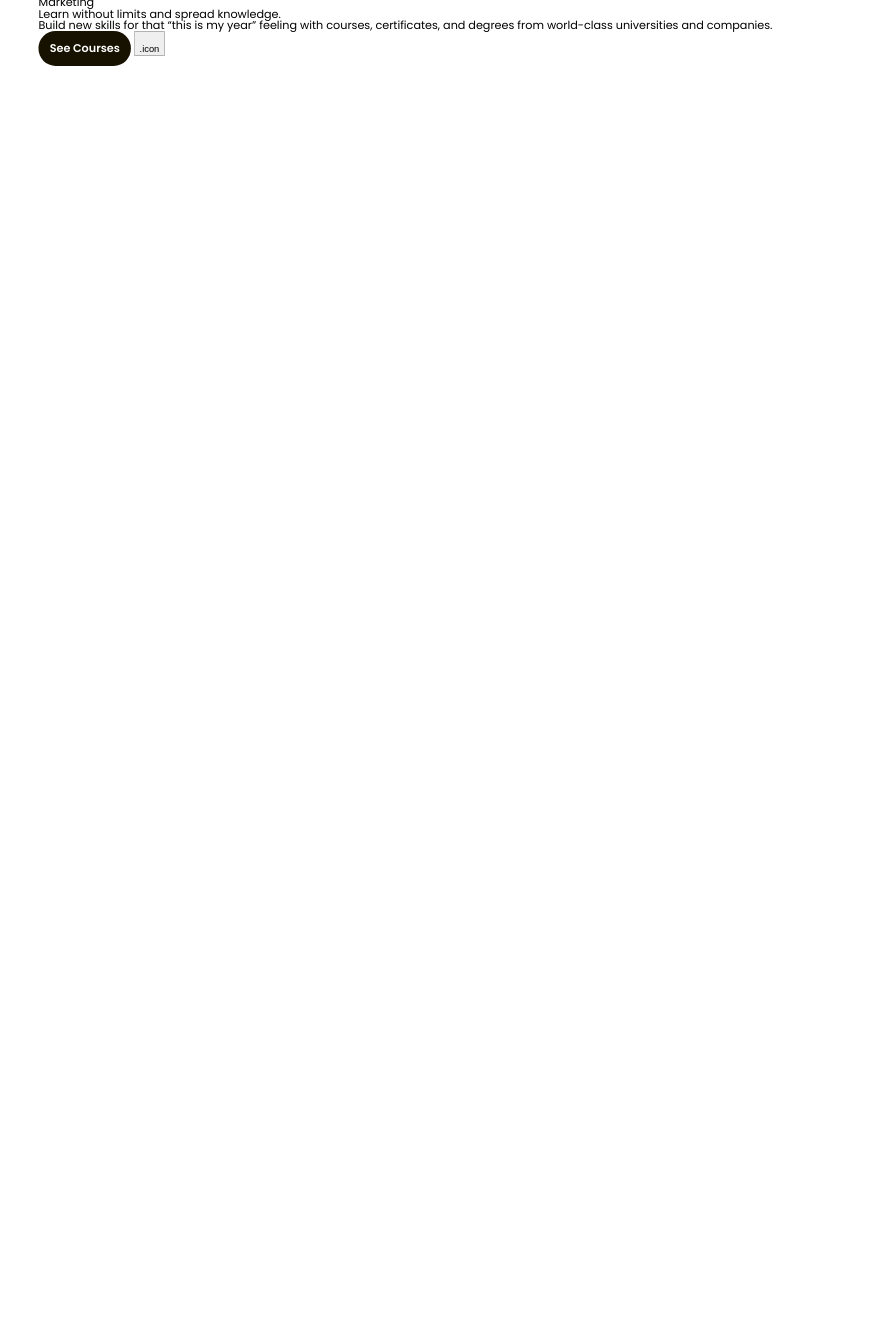
Repository: vancong171001/f8-html-css-02
Page: index.html
The author's editor kept a copy of each file at every save. The page is drawn from the files as they stood at one save, then again after the next save.
The browser window is 1280 px wide. The pictures show the part of the page from y = 1223 to 3123 px (the page is 5000 px tall), at 70% of full size.
A picture or video elsewhere on the page could not be fetched, so the positions and the page height are approximate.

Above is the page before, as saved 2025-03-06 13:09:29.

### index.html
<!DOCTYPE html>
<html lang="en">
  <head>
    <meta charset="UTF-8" />
    <meta name="viewport" content="width=device-width, initial-scale=1.0" />
    <title>F8 Project 02</title>
    <!-- Reset CSS -->
    <link rel="stylesheet" href="./assets/css/reset.css" />

    <!-- Embed fonts -->
    <link rel="preconnect" href="https://fonts.googleapis.com" />
    <link rel="preconnect" href="https://fonts.gstatic.com" crossorigin />
    <link
      href="https://fonts.googleapis.com/css2?family=Poppins:ital,wght@0,400;0,500;0,600;0,700;1,400&family=Sen:wght@700&display=swap"
      rel="stylesheet"
    />

    <!-- Style CSS -->
    <link rel="stylesheet" href="assets/css/style.css" />
  </head>
  <body>
    <main style="height: 5000px">
      <!-- Header -->
      <header class="header fixed">
        <div class="main-content">
          <div class="body">
            <!-- Logo -->
            <img src="./assets/img/logo.svg" alt="Lesson" class="logo" />

            <!-- Nav -->
            <nav class="nav">
              <ul>
                <li class="active">
                  <a href="#!">Home</a>
                </li>
                <li>
                  <a href="#!">Courses</a>
                </li>
                <li>
                  <a href="#!">Pricing</a>
                </li>
                <li>
                  <a href="#!">Reviews</a>
                </li>
              </ul>
            </nav>

            <!-- Action -->
            <div class="action">
              <a href="#!" class="btn sign-up-btn">Sign Up</a>
            </div>
          </div>
        </div>
      </header>

      <!-- Hero -->
      <div class="hero">
        <div class="main-content">
          <div class="body">
            <!-- Hero left -->
            <div class="media-block">
              <img
                src="./assets/img/hero-img.jpg"
                alt="Learn without limits and spread knowledge."
                class="img"
              />

              <div class="hero-summary">
                <div class="item">
                  <div class="icon">
                    <img src="./assets/icon/list.svg" alt="" />
                  </div>
                  <div class="info">
                    <p class="lable">20 Courses</p>
                    <p class="title">UI/UX Design</p>
                  </div>
                </div>
                <div class="item">
                  <div class="icon">
                    <img src="./assets/icon/code.svg" alt="" />
                  </div>
                  <div class="info">
                    <p class="lable">20 Courses</p>
                    <p class="title">Development</p>
                  </div>
                </div>
                <div class="item">
                  <div class="icon">
                    <img src="./assets/icon/speaker.svg" alt="" />
                  </div>
                  <div class="info">
                    <p class="lable">30 Courses</p>
                    <p class="title">Marketing</p>
                  </div>
                </div>
              </div>
            </div>

            <!-- Hero right -->
            <div class="content-block">
              <h1 class="heading">
                Learn without limits and spread knowledge.
              </h1>
              <p class="desc">
                Build new skills for that “this is my year” feeling with
                courses, certificates, and degrees from world-class universities
                and companies.
              </p>
              <div class="cta-group">
                <a href="#!" class="btn">See Courses</a>
                <button class="watch-vifro">
                  <div class="icon">
                    <img src="" alt="">
                  </div>
                  .icon
                </button>
              </div>
            </div>
          </div>
        </div>
      </div>
    </main>
  </body>
</html>

### assets/css/style.css
* {
  box-sizing: border-box;
}

html {
  font-size: 62.5%;
}

body {
  font-size: 1.6rem;
  font-family: "Poppins", sans-serif;
}

/* ========== Common ========= */
a {
  text-decoration: none;
}

.btn {
  display: inline-block;
  min-width: 118px;
  padding: 0 16px;
  line-height: 50px;
  color: #fff;
  text-align: center;
  font-size: 1.6rem;
  font-weight: 600;
  border-radius: 24.5px;
  background: #171100;
}

.main-content {
  width: 1170px;
  max-width: calc(100% - 48px);
  margin-left: auto;
  margin-right: auto;
}

/* ========== Header ========= */
.header {
  background: #fffcf4;
}

.header .fixed {
  position: sticky;
  top: -28px;
}

.header .body {
  display: flex;
  align-items: center;
  padding: 36px 0 8px;
}

.nav {
  margin-left: auto;
}

.nav ul {
  display: flex;
}

.nav a {
  position: relative;
  padding: 8px 21px;
  color: #5f5b53;
  font-size: 1.6rem;
}

.nav a:hover,
.nav li.active a {
  /* font-weight: 600; */
  text-shadow: 1px 0 0 currentColor;
  color: #171100;
}

.nav li.active a::after {
  content: "";
  position: absolute;
  left: 21px;
  bottom: 6px;
  display: block;
  width: 12px;
  height: 2px;
  border-radius: 1px;
  background: #171100;
}

.header .sign-up-btn {
  min-width: 144px;
}

.header .action {
  margin-left: 49px;
}

Loaded but not shown: assets/css/reset.css (common file)

After the next save:
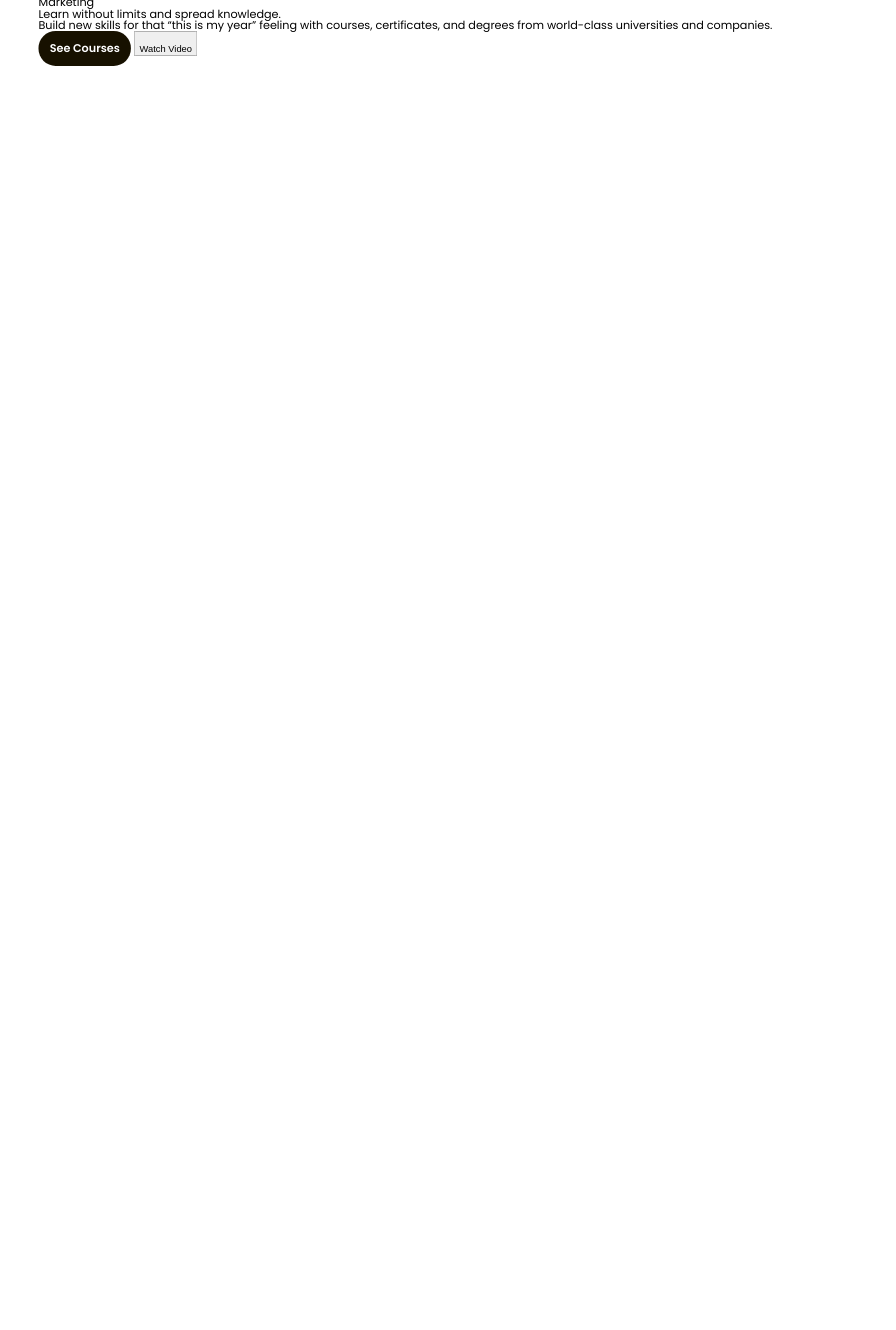
Saved 21 s later.
--- a/index.html
+++ b/index.html
@@ -112,7 +112,7 @@
                   <div class="icon">
                     <img src="" alt="">
                   </div>
-                  .icon
+                  <span>Watch Video</span>
                 </button>
               </div>
             </div>
